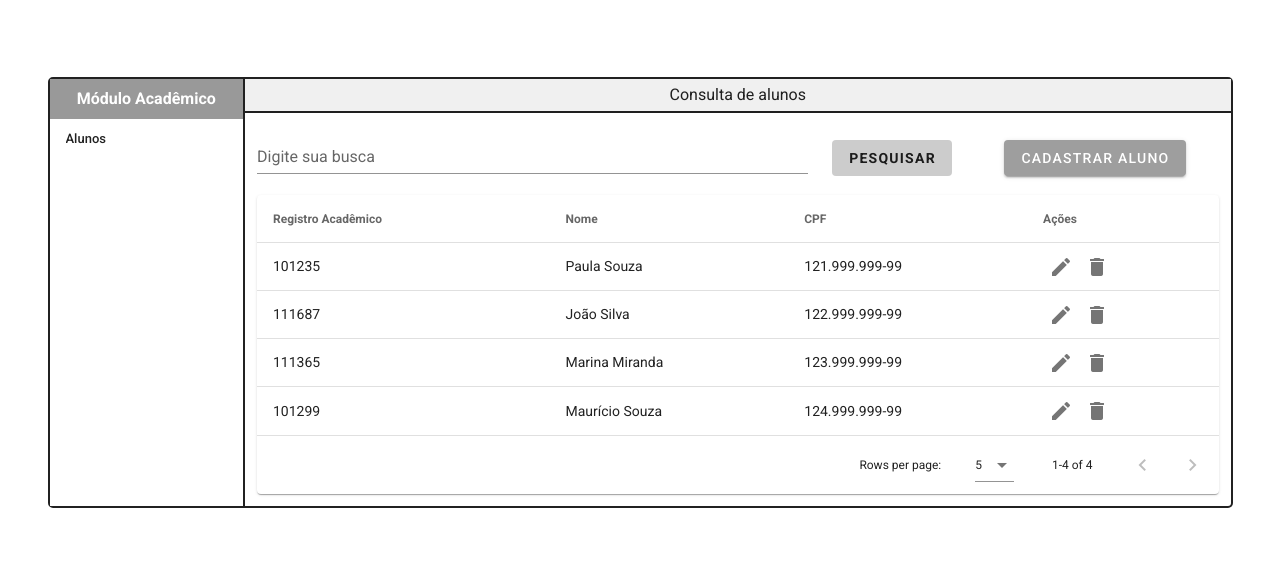
Repository: sergiohidekiono/vue-student
Page: /
An editor plug-in stored every save of this project. The page is shown before and after the next save, followed by the edit.
The browser window is 1280 px wide. The pictures show the whole page.
The project was rebuilt for these pictures with package versions that can differ from the ones it lists, and the page was loaded fresh each time. Requests to the local data server were answered from the project's data file. Also part of the build but not shown: vue.config.js, src/components/register-edit-student.vue.

Above is the page before, as saved 2024-08-07 13:47:54.

After the next save:
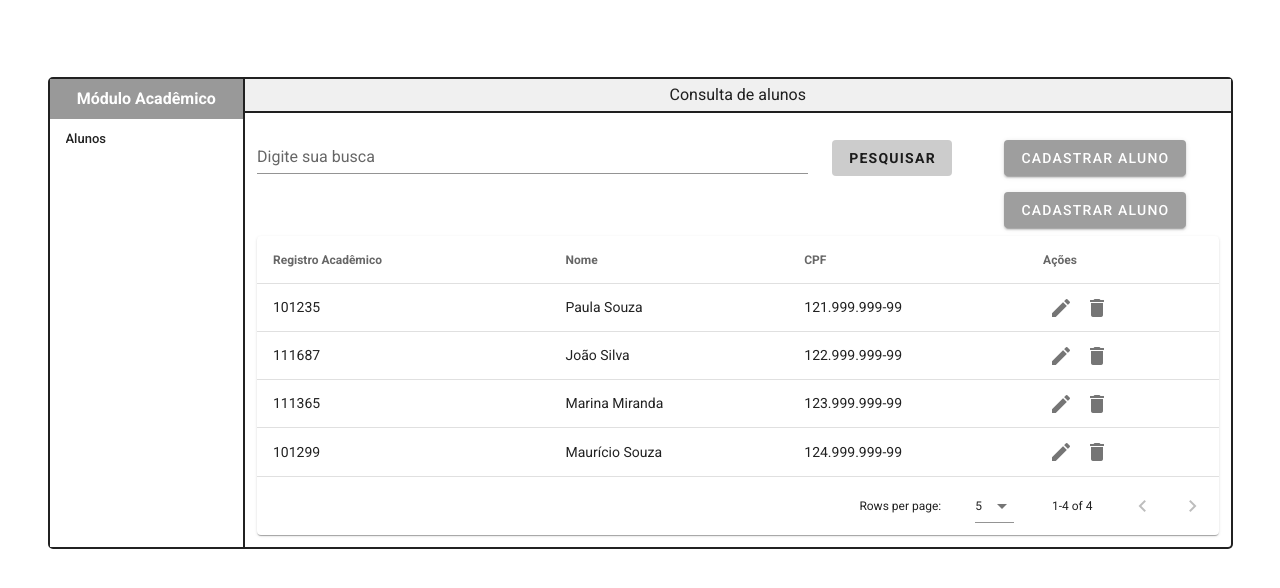
Saved 49 s later.
--- a/src/components/student-list.vue
+++ b/src/components/student-list.vue
@@ -34,6 +34,9 @@
                         </v-col>
                         <v-col cols="3">
                             <v-btn color="grey" class="ma-2 white--text" @click="showDialog = true; isRegister = true;">
+                                Cadastrar Aluno
+                            </v-btn>
+                            <v-btn color="grey" class="ma-2 white--text" @click=" isRegister = true;">
                                 Cadastrar Aluno
                             </v-btn>
                         </v-col>

After the save that followed:
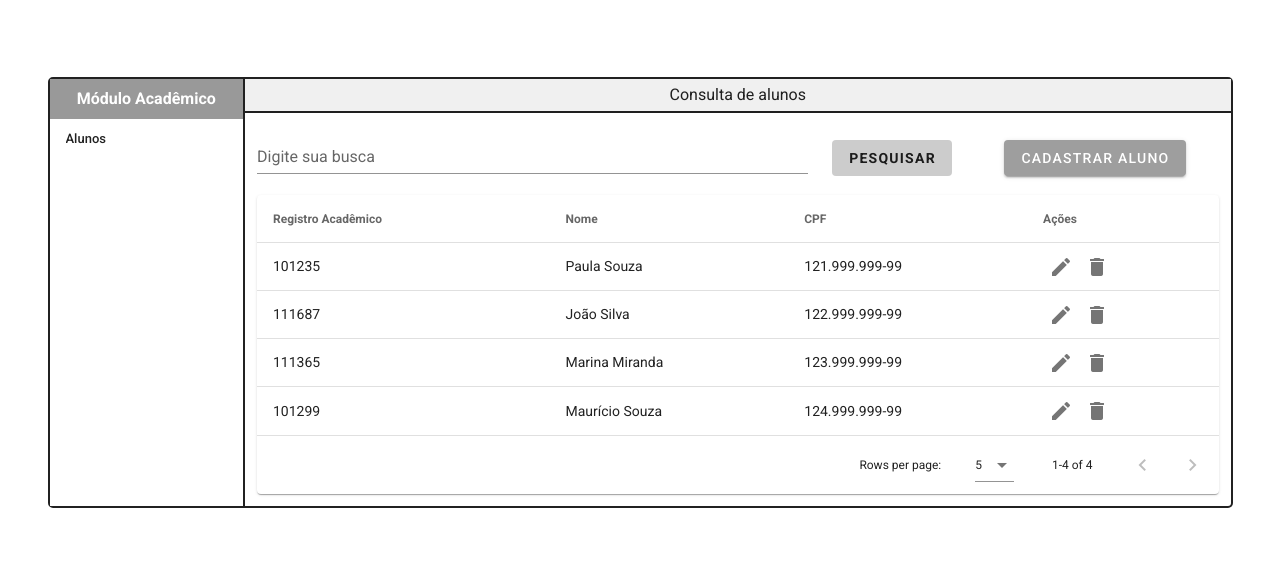
Saved 88 s later.
--- a/src/components/student-list.vue
+++ b/src/components/student-list.vue
@@ -36,9 +36,6 @@
                             <v-btn color="grey" class="ma-2 white--text" @click="showDialog = true; isRegister = true;">
                                 Cadastrar Aluno
                             </v-btn>
-                            <v-btn color="grey" class="ma-2 white--text" @click=" isRegister = true;">
-                                Cadastrar Aluno
-                            </v-btn>
                         </v-col>
                     </v-row>
                     <v-data-table :headers="headers" :items="students" :items-per-page="5" class="elevation-1">
@@ -54,8 +51,11 @@
                 </template>
                 <template v-if="showDialog">
                     <v-row justify="center" class="pa-1 header">
-                        <span v-if="isRegister">Cadastro de aluno</span>
-                        <span v-if="!isRegister">Editar aluno</span>
+                        <template v-if="isRegister">Cadastro de aluno</template>
+                        <template v-if="!isRegister">Editar de aluno</template>
+
+                        <!-- <span v-if="isRegister">Cadastro de aluno</span>
+                        <span v-if="!isRegister">Editar aluno</span> -->
                     </v-row>
                     <register-edit-student @dialog="receiveValueWatch" />
                 </template>
